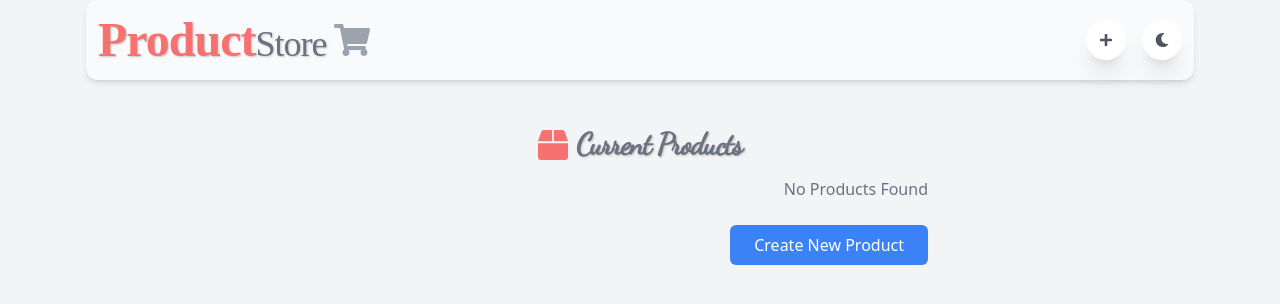
Repository: xarrkhan001/Mern-stack-Project
Page: / (app in frontend/)
An editor plug-in stored every save of this project. The page is shown before and after the next save, followed by the edit.
The browser window is 1280 px wide. The pictures show the whole page.
The project was rebuilt for these pictures with package versions that can differ from the ones it lists, and the page was loaded fresh each time. Also part of the build but not shown: frontend/vite.config.js, frontend/src/store/product.js, frontend/src/pages/CreatePage.jsx.

Above is the page before, as saved 2025-03-06 14:39:13.

After the next save:
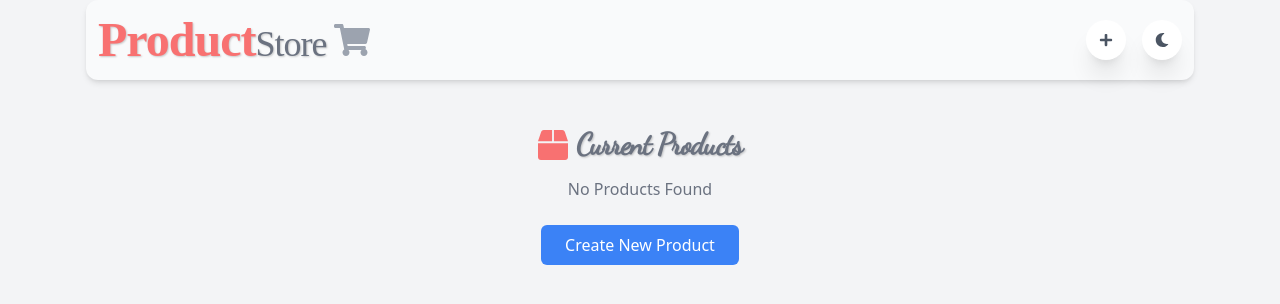
Saved 52 s later.
--- a/frontend/src/pages/HomePage.jsx
+++ b/frontend/src/pages/HomePage.jsx
@@ -23,10 +23,10 @@
       </h1>
 
       {/* No Products Found Text */}
-      <p className="text-gray-500 mt-4 text-right">No Products Found</p>
+      <p className="text-gray-500 mt-4">No Products Found</p>
 
       {/* Create New Product Button */}
-      <div className="mt-6 flex justify-end">
+      <div className="mt-6">
         <Link to="/create">
           <button className="px-6 py-2 text-white bg-blue-500 rounded-md hover:bg-blue-600">
             Create New Product
